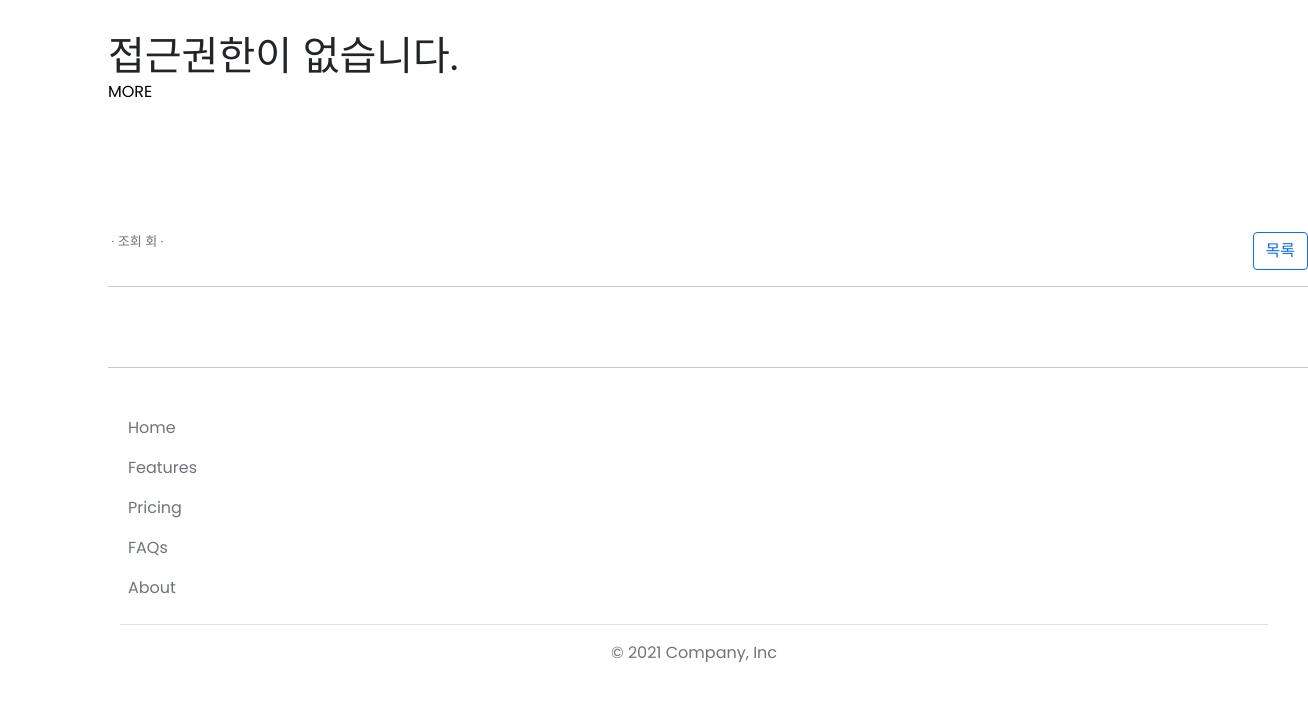
Repository: isssson/MVC2_more
Page: http://localhost/more/WEB-INF/views/admin/adminNoticeContent.jsp
An editor plug-in stored every save of this project. The page is shown before and after the next save, followed by the edit.
The browser window is 1280 px wide. The page is 1308 px wide, so the pictures cover 1308 px, including what lies to the right of the window. The pictures show the whole page.
Some web libraries are served in a nearby version. The page is served by Tomcat 9. Nobody is signed in. The template is opened directly, without the code that normally fills it, so the values that code supplies are empty.

Above is the page before, as saved 2021-12-12 10:36:29.

After the next save:
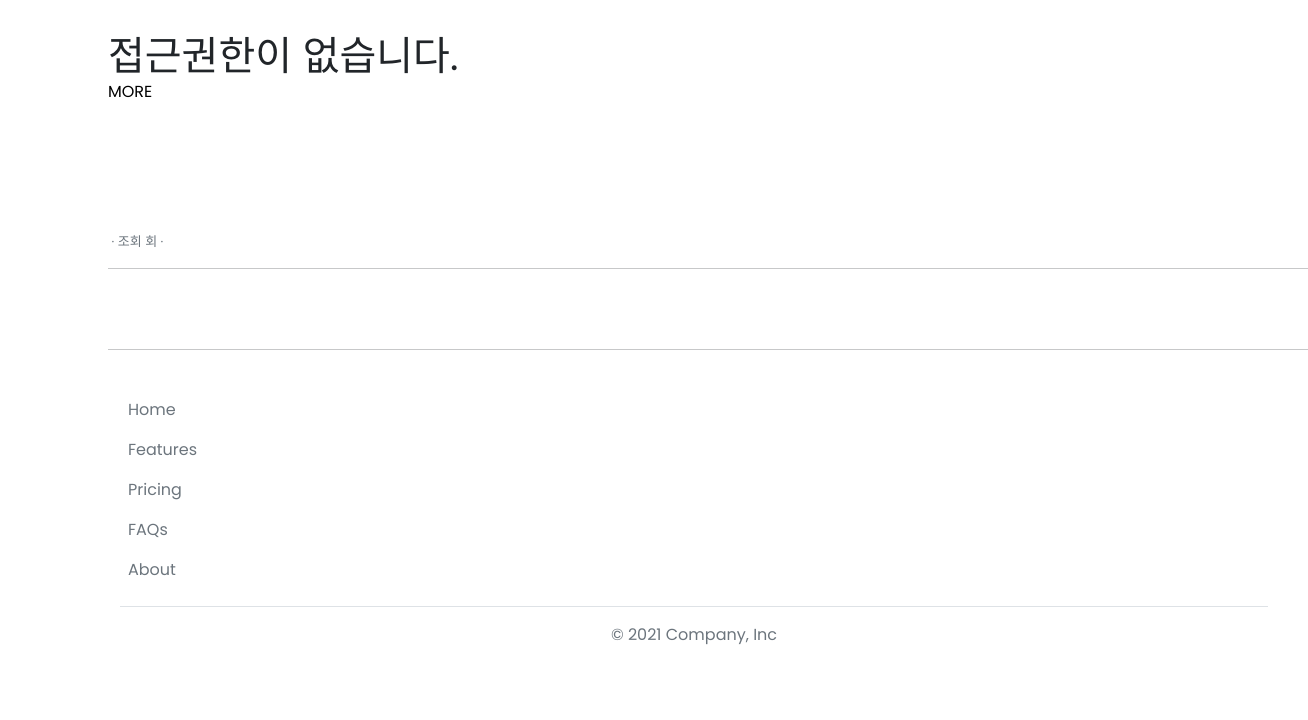
Saved 2 min 13 s later.
--- a/more/src/main/webapp/WEB-INF/views/admin/adminNoticeContent.jsp
+++ b/more/src/main/webapp/WEB-INF/views/admin/adminNoticeContent.jsp
@@ -102,9 +102,6 @@ a:link {
 
 </ul>
    </div>
-
-   <button class="btn btn-outline-primary" onclick="location.href='adminBbsList.do'">목록</button>
-
 </div>
 <hr>
 <br>
